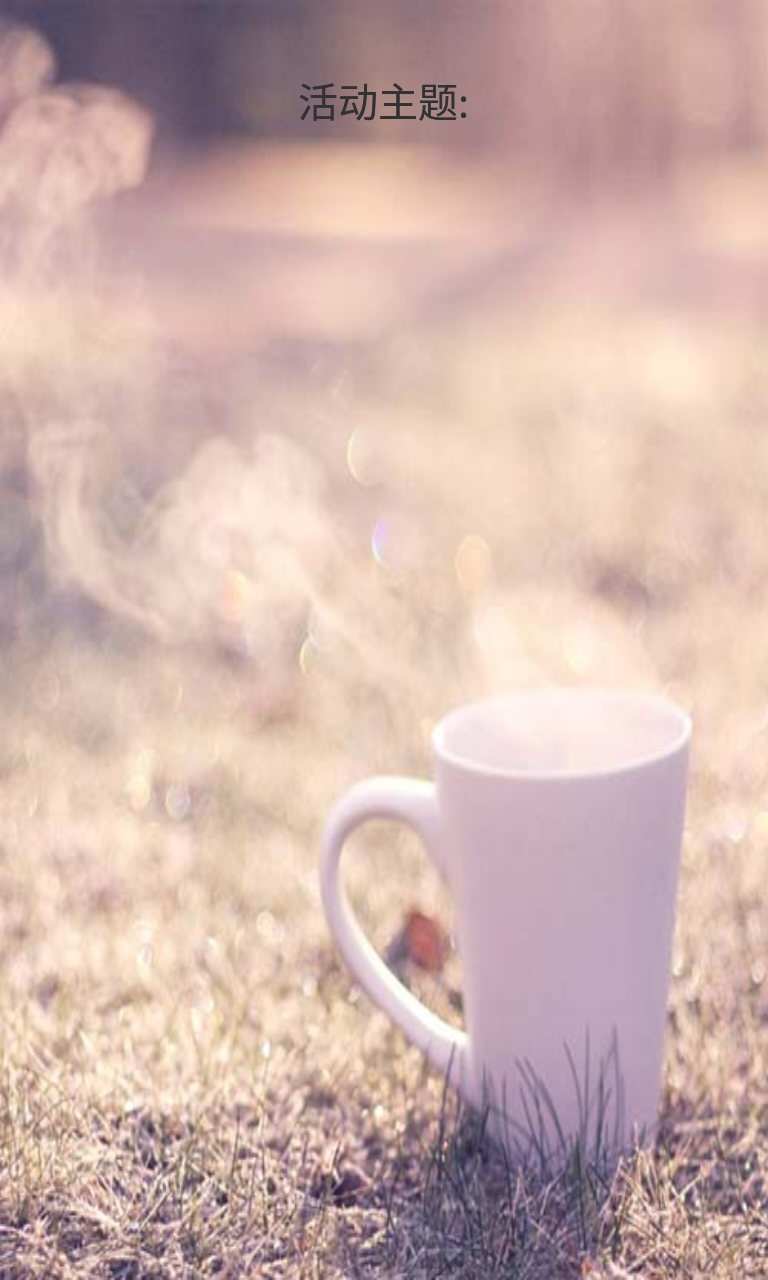
Repository: aojue/HappyAA
Layout: HappyAA/res/layout/two_activity.xml
These files come from the project's save history. The layout is drawn as it stood at one moment and after the next save; the edit follows.
It is drawn on a 768 x 1280 px phone screen (xhdpi) without system bars, with theme AppTheme; the app's code is not run.

Above is the layout before, as saved 2014-10-25 07:53:10.

After the next save:
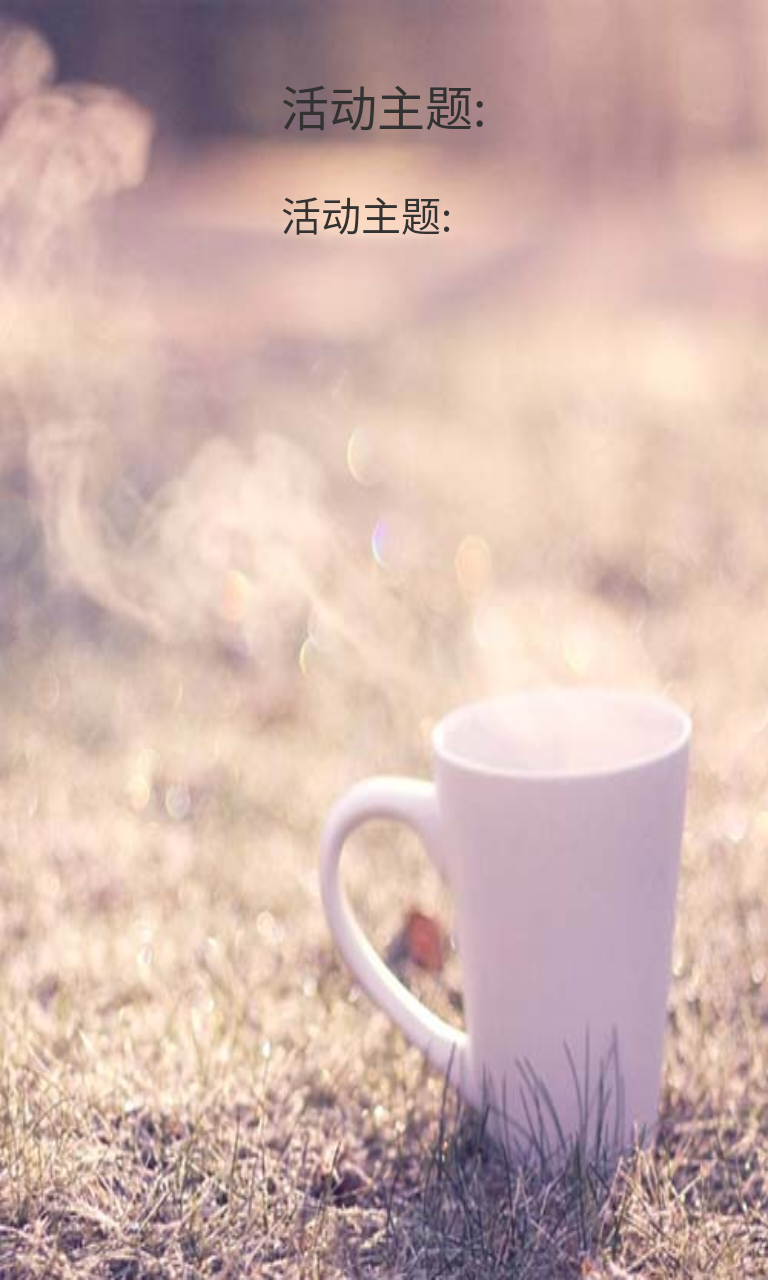
Saved 49 s later.
--- a/HappyAA/res/layout/two_activity.xml
+++ b/HappyAA/res/layout/two_activity.xml
@@ -18,15 +18,16 @@
                 android:layout_centerHorizontal="true"
                 android:layout_marginTop="19dp"
                 android:text="@string/textview1"
-                android:textSize="20sp" />
+                android:textSize="24sp" />
+
              <TextView
-                android:id="@+id/text2"
-                android:layout_width="wrap_content"
-                android:layout_height="wrap_content"
-                android:layout_alignParentTop="true"
-                android:layout_centerHorizontal="true"
-                android:layout_marginTop="19dp"
-                android:text="@string/textview1"
-                android:textSize="20sp" />
+                 android:id="@+id/text2"
+                 android:layout_width="wrap_content"
+                 android:layout_height="wrap_content"
+                 android:layout_alignLeft="@+id/text1"
+                 android:layout_below="@+id/text1"
+                 android:layout_marginTop="22dp"
+                 android:text="@string/textview1"
+                 android:textSize="20sp" />
 
 </RelativeLayout>
